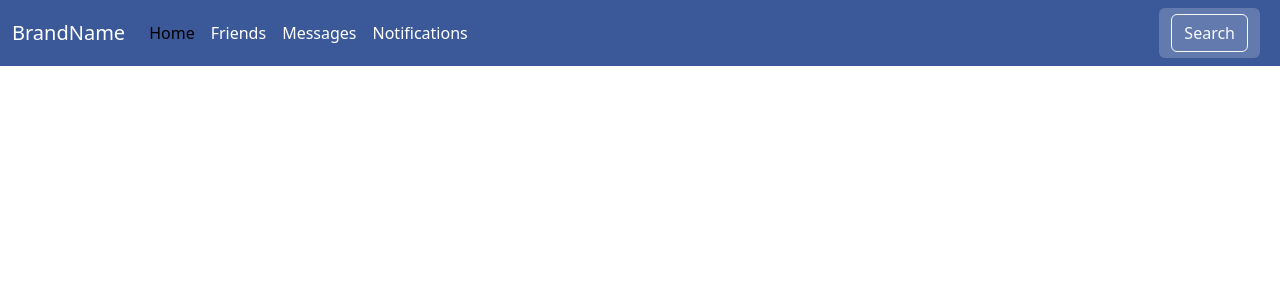
Repository: BoguszKonrady/FORUM
Page: http://localhost/app/views/layout/navbar.php
These files come from the project's save history. The page is drawn as it stood at one moment and after the next save; the edit follows.
The browser window is 1280 px wide. The pictures show the whole page.
The page is run by PHP 8.4 with error messages shown; the project is at /var/www/html/.

Above is the page before, as saved 2024-06-06 20:54:28.

### app/views/layout/navbar.php
<!DOCTYPE html>
<html lang="en">
<head>
    <meta charset="UTF-8">
    <meta name="viewport" content="width=device-width, initial-scale=1.0">
    <title>Facebook Style Navbar</title>
    <link href="https://cdn.jsdelivr.net/npm/bootstrap@5.3.0/dist/css/bootstrap.min.css" rel="stylesheet">
    <style>
        .navbar-facebook {
            background-color: #3b5998;
        }
        .navbar-facebook .navbar-brand,
        .navbar-facebook .nav-link,
        .navbar-facebook .form-control {
            color: #fff;
        }
        .navbar-facebook .form-control {
            background-color: rgba(255, 255, 255, 0.2);
            border: none;
        }
        .navbar-facebook .form-control::placeholder {
            color: rgba(255, 255, 255, 0.6);
        }
    </style>
</head>
<body>
<nav class="navbar navbar-expand-lg navbar-facebook">
    <div class="container-fluid">
        <a class="navbar-brand" href="#">BrandName</a>
        <button class="navbar-toggler" type="button" data-bs-toggle="collapse" data-bs-target="#navbarNav" aria-controls="navbarNav" aria-expanded="false" aria-label="Toggle navigation">
            <span class="navbar-toggler-icon"></span>
        </button>
        <div class="collapse navbar-collapse" id="navbarNav">
            <ul class="navbar-nav me-auto mb-2 mb-lg-0">
                <li class="nav-item">
                    <a class="nav-link active" aria-current="page" href="#">Home</a>
                </li>
                <li class="nav-item">
                    <a class="nav-link" href="#">Friends</a>
                </li>
                <li class="nav-item">
                    <a class="nav-link" href="#">Messages</a>
                </li>
                <li class="nav-item">
                    <a class="nav-link" href="#">Notifications</a>
                </li>
            </ul>
            <form class="d-flex" role="search">
                <iut class="form-control me-2" type="search" placeholder="Search" aria-label="Search">
                <button class="btn btn-outline-light" type="submit">Search</button>
            </form>
        </div>
    </div>
</nav>

<script src="https://cdn.jsdelivr.net/npm/@popperjs/core@2.11.7/dist/umd/popper.min.js"></script>
<script src="https://cdn.jsdelivr.net/npm/bootstrap@5.3.0/dist/js/bootstrap.min.js"></script>
</body>
</html>

After the next save:
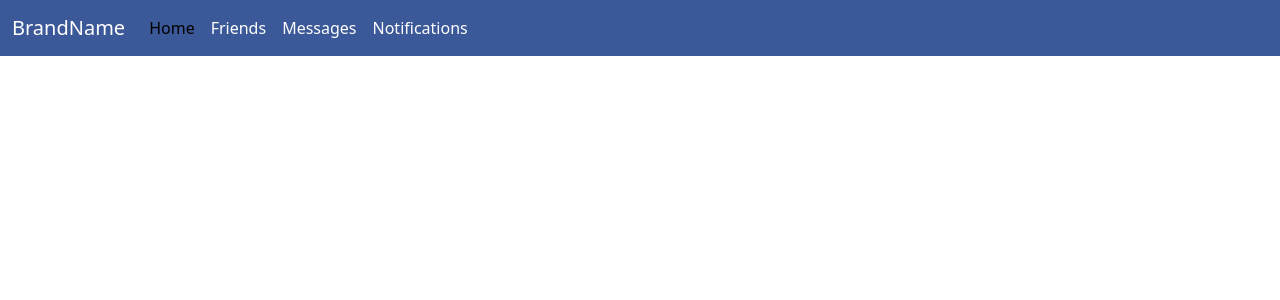
Saved 4 s later.
--- a/app/views/layout/navbar.php
+++ b/app/views/layout/navbar.php
@@ -45,10 +45,6 @@
                     <a class="nav-link" href="#">Notifications</a>
                 </li>
             </ul>
-            <form class="d-flex" role="search">
-                <iut class="form-control me-2" type="search" placeholder="Search" aria-label="Search">
-                <button class="btn btn-outline-light" type="submit">Search</button>
-            </form>
         </div>
     </div>
 </nav>
